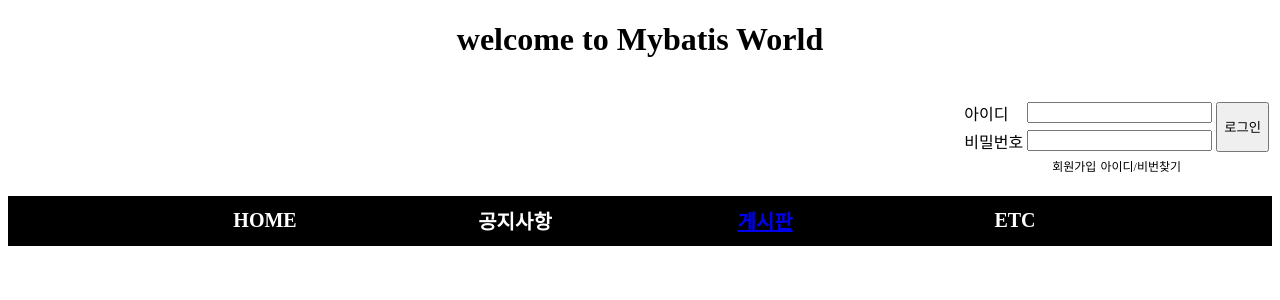
Repository: didwlwd/workspace
Page: http://localhost/mybatisProject/
These files come from the project's save history. The page is drawn as it stood at one moment and after the next save; the edit follows.
The browser window is 1280 px wide. The pictures show the whole page.
The page is served by Tomcat 10. Other server files are loaded and not shown.

Above is the page before, as saved 2025-03-07 02:03:55.

### 08_myBatis/mybatisProject/src/main/webapp/index.jsp
<%@ page language="java" contentType="text/html; charset=UTF-8"
    pageEncoding="UTF-8"%>
<!DOCTYPE html>
<html>
<head>
<meta charset="UTF-8">
<title>Insert title here</title>
</head>
<body>
	<!--
		*프레임워크
		- 개발자가 편리한 환경에서 개발할 수 있도록 제공하는 툴, 구조와 흐름이라고 생각
		- 소프트웨어 개발의 입장으로써는 공통적으로 사용되는 라이브러리/개발도구/인터페이스 등등을 의미
		- 개발자는 프레임워크가 정한대로 코드를 작성해야 함 -> 제어의 역전(Ioc)

		*프레임워크의 필요성
		- 전체적인 설계 패턴(구조)를 제공해서 생산성과 코드의 품질을 높여준다.
		- 개발자들이 "통일성"있게 "빠르고" "안정적"으로 개발하기 위햇 프레임워크를 사용
		- 생산성이 향상되고 열정수준의 코드품질을 기대할 수 있음.

		*프레임워크의 특징
		- 개발자들이 따라야하는 가이드라인 제공
			=> 자유롭게 설계 / 코딩 x, 가이드로 설계 / 코딩0
		- 개발할 수 있는 범위가 정해져있다.
		- 개발자들을 위한 다양한 도구들을 지원

		*프레임워크의 단점
		- 프레임워크에 너무 의존적으면 개발자들의 능력이 떨어짐
		- 익숙해지기까지 시간이 걸림(러닝커브발생)

		*프레임워크 종류
		- 영속성 : 데이터 관련한 CRUD 기능을 보다 편리하게 작업할 수 있도록 제공해주는 프레임워크 ex)MyBatis, Hibernate, JPA
		- 자바 : 웹 어플리케이션에 초점을 맞춰 필요한 요소들을 모듈화해서 제공해느는 프레임워크(xe\ex) String
		- 화면구현 : front-end를 보다 효율적으로 제작하고 유지보수할 수 있게 구조를 제공하는 프레임쿼크 ex) react, view, angular...
		- 기능 및 지원  :특정 기능이나 업무수행에 도움을 줄 수 있게 제공하는 프레임워크 ex)log4j, junit5..
	 -->

	 <jsp:include page="/views/common/menubar.jsp"></jsp:include>
</body>
</html>

### 08_myBatis/mybatisProject/src/main/webapp/views/common/menubar.jsp
<%@ page language="java" contentType="text/html; charset=UTF-8"
    pageEncoding="UTF-8"%>
<%@ taglib prefix="c" uri="http://java.sun.com/jsp/jstl/core" %>
<!DOCTYPE html>
<html>
<head>
<meta charset="UTF-8">
<title>Insert title here</title>
<style>
    .login-area a{
        text-decoration: none;
        color: black;
        font-size: 12px;
    }

    .nav-area{
        background: black;
        color: white;
        height: 50px;
    }
    .menu{
        display: table-cell;
        width: 250px;
        height: 50px;
        vertical-align: middle;
        font-size: 20px;
        font-weight: bold;
    }
    .outer{
    	width: 900px;
    	background: black;
    	color: white;
    	margin: auto;
    	margin-top: 50px;
    }
</style>
</head>
<body>

    <h1 align="center">welcome to Mybatis World</h1>
    <br>

    <div class="login-area" align="right">
        <!-- 로그인전 -->
        <c:choose>
        	<c:when test="${empty loginUser}">
        	<form action="${pageContext.request.contextPath}/login.me" method="post">
		        <table>
		            <tr>
		                <td>아이디</td>
		                <td><input type="text" name="userId" required></td>
		                <td rowspan="2"><button type="submit" style="height: 50px;">로그인</button></td>
		            </tr>
		            <tr>
		                <td>비밀번호</td>
		                <td><input type="password" name="userPwd" required></td>

		            </tr>
		            <tr>
		                <td colspan="3" align="center">
		                    <a href="enrollForm.me">회원가입</a>
		                    <a href="">아이디/비번찾기</a>
		                </td>
		            </tr>
	            </table>
	        </form>
        	</c:when>
        	<c:otherwise>
        		<!-- 로그인후 -->
			        <div>
			            <table>
			                <tr>
			                    <td colspan="2">
			                        <h3>${loginUser.userName}님 환영합니다. </h3>
			                    </td>
			                    <td></td>
			                </tr>
			                <tr>
			                    <td><a href="myPage.me">마이페이지</a></td>
			                    <td><a href="">로그아웃</a></td>
			                </tr>
			            </table>
			        </div>
        	</c:otherwise>
        </c:choose>
    </div>
    <br>

    <div class="nav-area" align="center">
        <div class="menu">HOME</div>
        <div class="menu">공지사항</div>
        <div class="menu"><a href="lsit.bo?cpage=1">게시판</a></div>
        <div class="menu">ETC</div>
    </div>
</body>
</html>

After the next save:
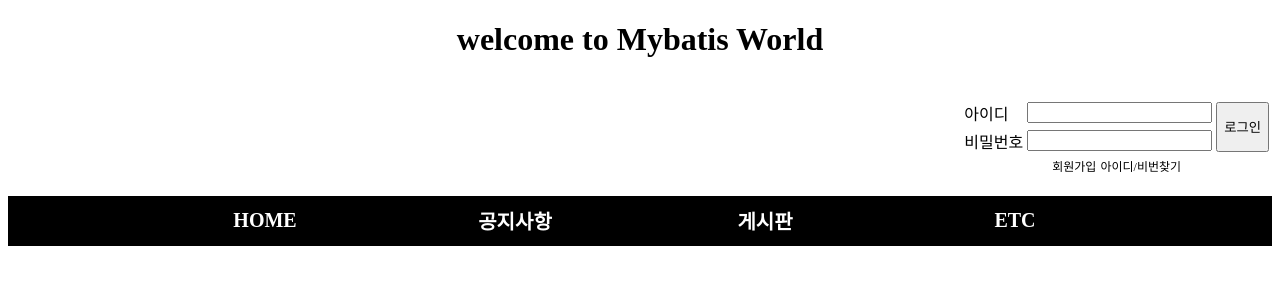
Saved 2 min 31 s later.
--- a/08_myBatis/mybatisProject/src/main/webapp/views/common/menubar.jsp
+++ b/08_myBatis/mybatisProject/src/main/webapp/views/common/menubar.jsp
@@ -18,6 +18,12 @@
         color: white;
         height: 50px;
     }
+
+   	.nav-area a{
+        text-decoration: none;
+        color: white;
+    }
+
     .menu{
         display: table-cell;
         width: 250px;
